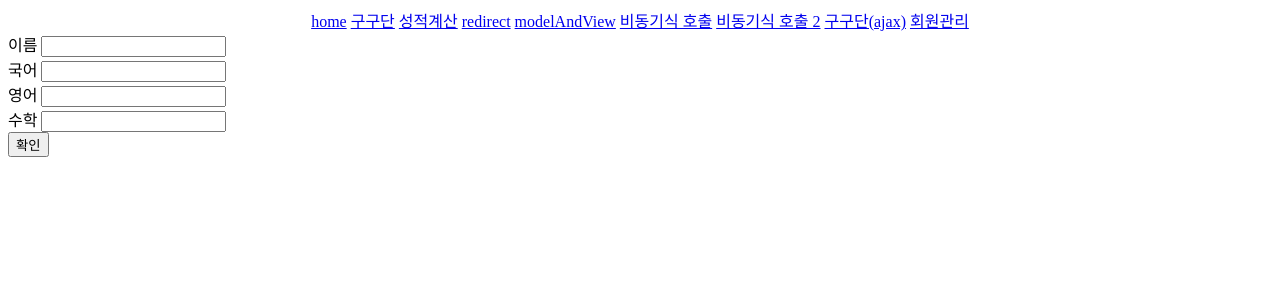
Repository: junhyeoksin/spring_program
Page: http://localhost/springProgram/point.do
An editor plug-in stored every save of this project. The page is shown before and after the next save, followed by the edit.
The browser window is 1280 px wide. The pictures show the whole page.
The page is served by Tomcat 9. Other server files are loaded and not shown.

Above is the page before, as saved 2022-01-06 15:31:20.

### springProgram/src/main/webapp/WEB-INF/views/test/point.jsp
<%@ page language="java" contentType="text/html; charset=UTF-8"
    pageEncoding="UTF-8"%>
<!DOCTYPE html>
<html>
<head>
<meta charset="UTF-8">
<title>Insert title here</title>
</head>
<body>
<%@include file="../include/menu.jsp" %>
<form method ="post" action = "point_result.do">
이름 <input type = "text" name = "name"><br>
국어 <input type = "text" name = "kor"><br>
영어 <input type = "text" name = "eng"><br>
수학 <input type = "text" name = "mat"><br>
<input type = "submit" value = "확인">
</form>
</body>
</html>

### springProgram/src/main/webapp/WEB-INF/views/include/menu.jsp
<%@ page language="java" contentType="text/html; charset=UTF-8"
    pageEncoding="UTF-8"%>
 <div style="Text-align:center">
 	<a href = "/spring01/">home</a>
 	<a href = "/spring01/multi_table.do">구구단</a>
 	<a href = "/spring01/point.do">성적계산</a>
 	<a href = "/spring01/move.do">redirect</a>
 	<a href = "/spring01/mav.do">modelAndView</a>
 	<a href = "/spring01/ajax.do">비동기식 호출</a>
 	<a href = "/spring01/login.do">비동기식 호출 2</a>
 	<a href = "/spring01/ajax_table.do">구구단(ajax)</a>
 	<a href = "/spring01/member/list.do">회원관리</a>

 </div>

After the next save:
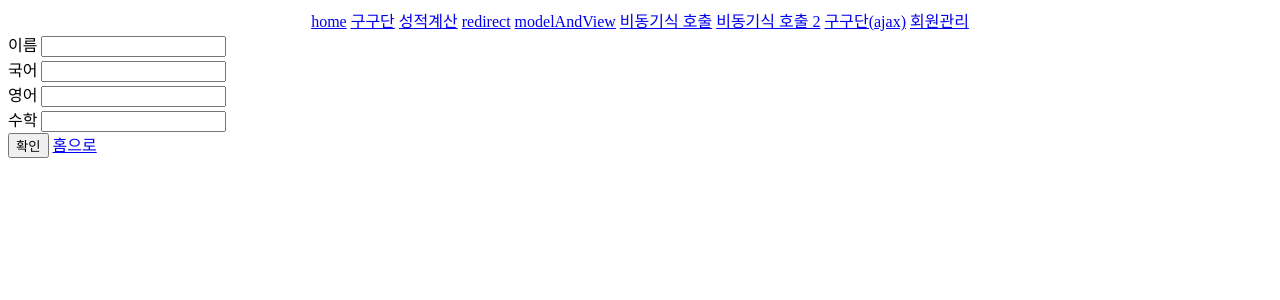
Saved 2 min 21 s later.
--- a/springProgram/src/main/webapp/WEB-INF/views/test/point.jsp
+++ b/springProgram/src/main/webapp/WEB-INF/views/test/point.jsp
@@ -14,6 +14,7 @@
 영어 <input type = "text" name = "eng"><br>
 수학 <input type = "text" name = "mat"><br>
 <input type = "submit" value = "확인">
+<a href="spring01/">홈으로 </a>
 </form>
 </body>
 </html>
